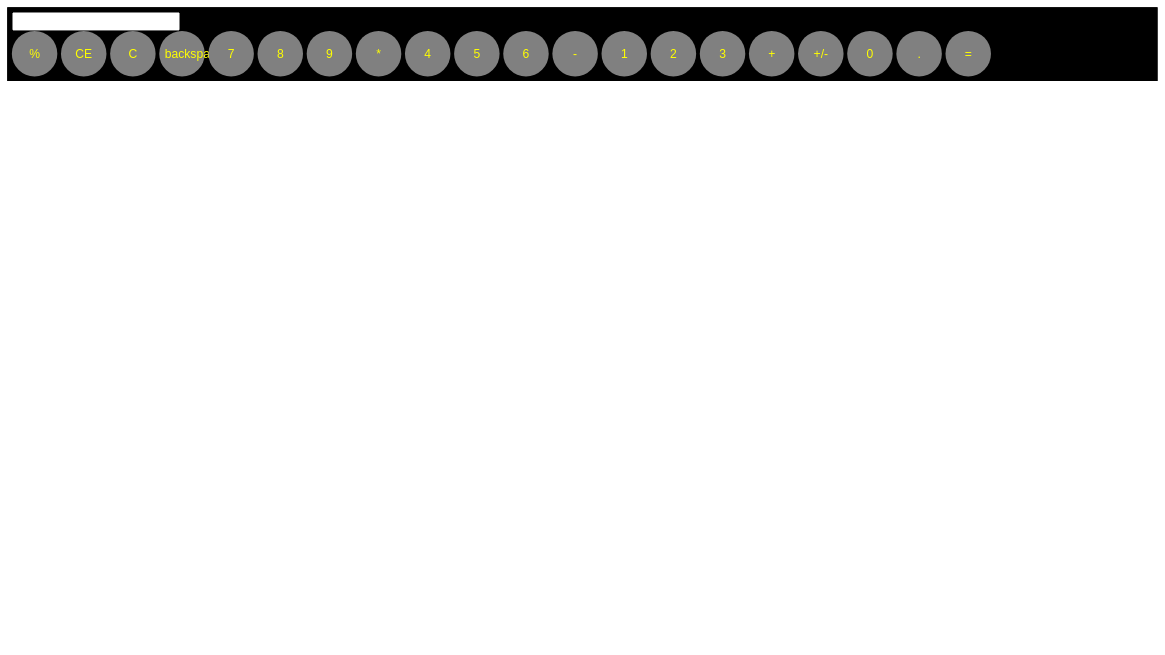
Repository: kirtivaishya/calculator
Page: index.html
An editor plug-in stored every save of this project. The page is shown before and after the next save, followed by the edit.
The browser window is 1280 px wide. The pictures show the whole page, at 91% of full size.
The style sheet was rebuilt from its Sass, Less or Tailwind sources for each picture, by a compiler version that may differ from the author's.

Above is the page before, as saved 2021-10-14 16:50:08.
Console error: ReferenceError: button is not defined

After the next save:
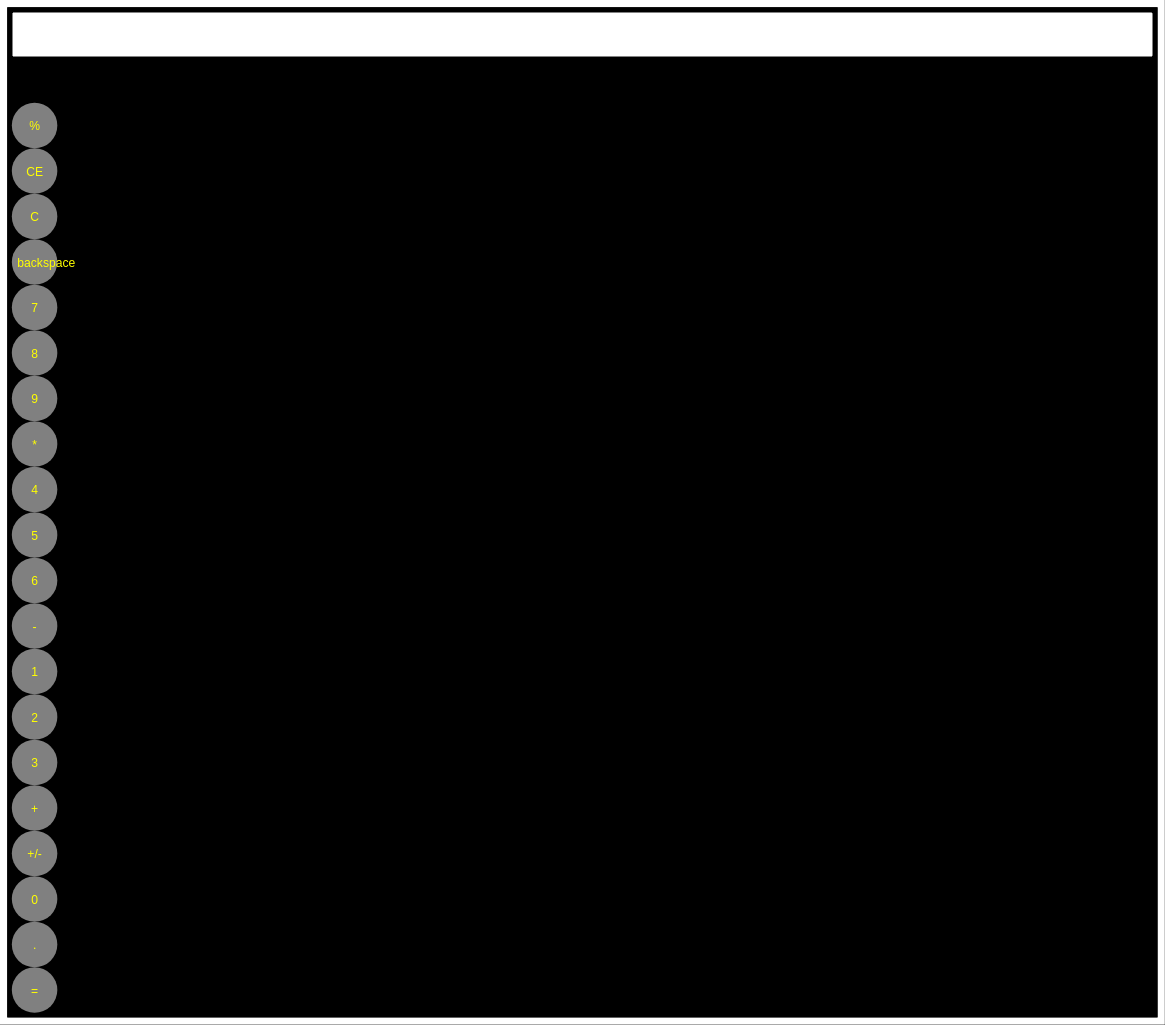
Saved 15 s later.
--- a/index.html
+++ b/index.html
@@ -7,8 +7,8 @@
     <link rel="stylesheet" href="css/component.css">
 </head>
 <body>
-    <section class="grid">
-        <form action="">
+    <section >
+        <form action="" class="grid">
             <input type="number">
             <br>
             <button class=".btn" id="percentage">%</button>
